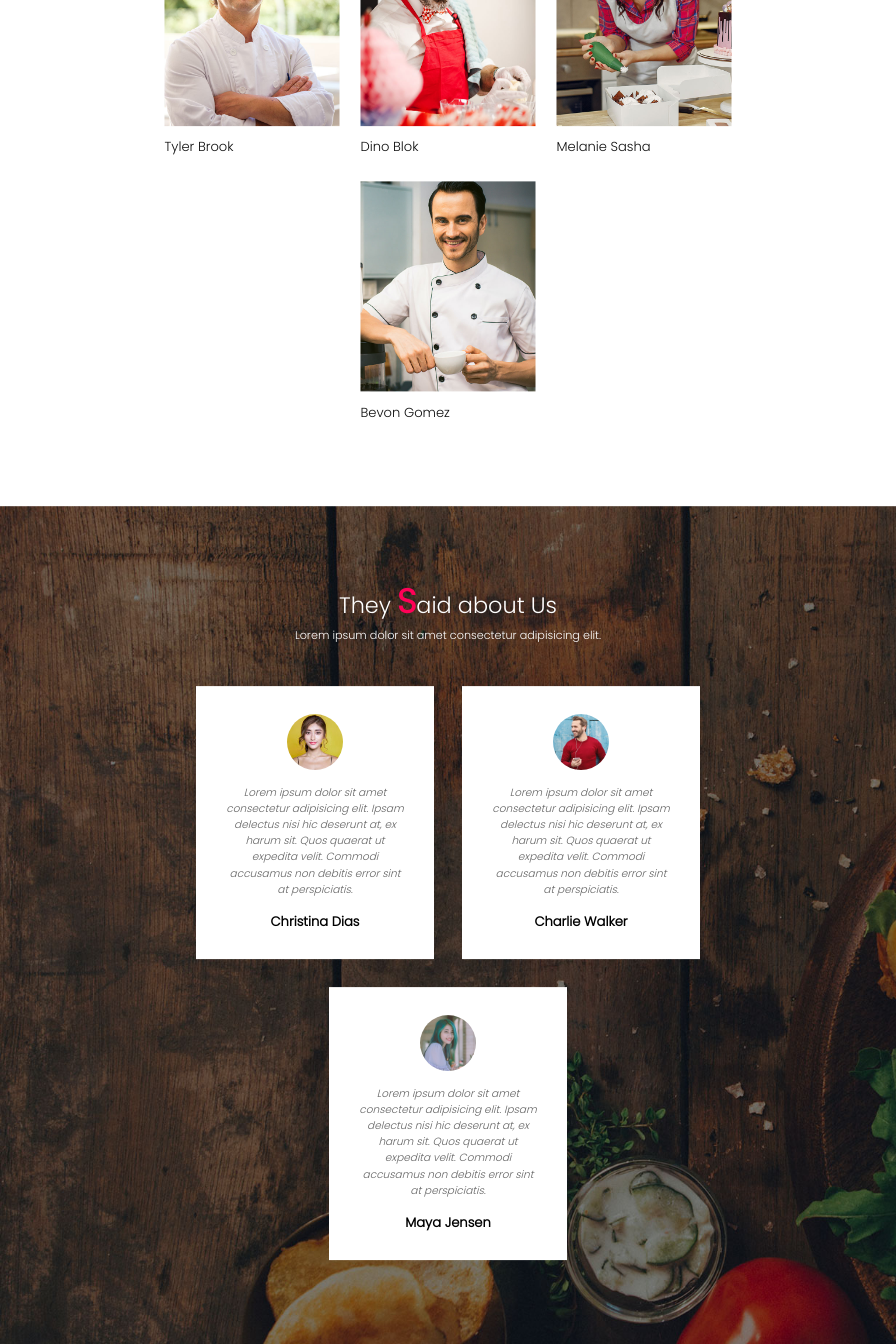
Repository: Adriandias1997/MobileFriendly_FoodWebsite
Page: index.html
An editor plug-in stored every save of this project. The page is shown before and after the next save, followed by the edit.
The browser window is 1280 px wide. The pictures show the part of the page from y = 3303 to 5223 px (the page is 5223 px tall before and 5215 px after), at 70% of full size.

Above is the page before, as saved 2020-10-16 17:47:43.

### index.html
<!DOCTYPE html>
<html lang="en">

<head>
    <meta charset="UTF-8">
    <meta name="viewport" content="width=device-width, initial-scale=1.0">
    <title>Food</title>
    <link rel="stylesheet" href="style.css">
</head>

<body>
    <header>
        <a href="#" class="logo">Food <span>Corner</span></a>
        <ul class="navigation">
            <li><a href="#banner">Home</a></li>
            <li><a href="#about">About Us</a></li>
            <li><a href="#menu">Menu</a></li>
            <li><a href="#expert">Expert</a></li>
            <li><a href="#testimonials">Testimonials</a></li>
            <li><a href="#contact">Contact</a></li>
        </ul>

    </header>
    <section class="banner" id="banner">
        <div class="content">
            <h2>Always choose Good</h2>
            <p>Lorem ipsum dolor sit amet consectetur adipisicing elit. Ipsam delectus nisi hic deserunt at, ex harum sit. Quos quaerat ut expedita velit. Commodi accusamus non debitis error sint at perspiciatis.</p>

            <a href="#" class="btn">Our Menu</a>
        </div>
    </section>

    <section class="about" id="about">
        <div class="row">
            <div class="col50">
                <h2 class="titleText"><span>A</span>bout Us</h2>
                <p>Lorem ipsum dolor sit amet consectetur adipisicing elit. Dolorum vero quam, at fuga facilis maiores consequatur! Quibusdam possimus debitis sed alias, provident fuga voluptatem, tempora eligendi aliquid quaerat laudantium repellat. Lorem
                    ipsum dolor sit amet consectetur adipisicing elit. Dolorum vero quam, at fuga facilis maiores consequatur! Quibusdam possimus debitis sed alias, provident fuga voluptatem, tempora eligendi aliquid quaerat laudantium repellat. Lorem
                    ipsum dolor sit amet consectetur adipisicing elit. Dolorum vero quam, at fuga facilis maiores consequatur! Quibusdam possimus debitis sed alias, provident fuga voluptatem, tempora eligendi aliquid quaerat laudantium repellat.
                </p>
            </div>
            <div class="col50">
                <div class="imgBx">
                    <img src="./Images/img1.jpg" alt="">
                </div>
            </div>
        </div>
    </section>

    <section class="menu" id="menu">
        <div class="title">
            <h2 class="titleText">Our <span>M</span>enu</h2>
            <p>Lorem ipsum dolor sit amet consectetur adipisicing elit.
            </p>
        </div>
        <div class="content">
            <div class="box">
                <div class="imgBx">
                    <img src="Images/menu1.jpg" alt="">
                </div>
                <div class="text">
                    <h3>Special Salads</h3>
                </div>
            </div>
            <div class="box">
                <div class="imgBx">
                    <img src="Images/menu2.jpg" alt="">
                </div>
                <div class="text">
                    <h3>Special Soups</h3>
                </div>
            </div>
            <div class="box">
                <div class="imgBx">
                    <img src="Images/menu3.jpg" alt="">
                </div>
                <div class="text">
                    <h3>Special Pasta</h3>
                </div>
            </div>
            <div class="box">
                <div class="imgBx">
                    <img src="Images/menu4.jpg" alt="">
                </div>
                <div class="text">
                    <h3>Special Salads</h3>
                </div>
            </div>
            <div class="box">
                <div class="imgBx">
                    <img src="Images/menu5.jpg" alt="">
                </div>
                <div class="text">
                    <h3>Special Soups</h3>
                </div>
            </div>
            <div class="box">
                <div class="imgBx">
                    <img src="Images/menu6.jpg" alt="">
                </div>
                <div class="text">
                    <h3>Special Salads</h3>
                </div>
            </div>
        </div>
        <div class="title">
            <a href="#" class="btn">
                View All
            </a>
        </div>
    </section>
    <section class="expert" id="expert">
        <div class="title">
            <h2 class="titleText">Our Kitchen <span>E</span>xpert</h2>
            <p>Lorem ipsum dolor sit amet consectetur adipisicing elit.
            </p>
        </div>
        <div class="content">
            <div class="box">
                <div class="imgBx">
                    <img src="Images/expert1.jpg" alt="">
                </div>
                <div class="text">
                    <h3>Tyler Brook</h3>
                </div>
            </div>
            <div class="box">
                <div class="imgBx">
                    <img src="Images/expert2.jpg" alt="">
                </div>
                <div class="text">
                    <h3>Dino Blok</h3>
                </div>
            </div>
            <div class="box">
                <div class="imgBx">
                    <img src="Images/expert3.jpg" alt="">
                </div>
                <div class="text">
                    <h3>Melanie Sasha</h3>
                </div>
            </div>
            <div class="box">
                <div class="imgBx">
                    <img src="Images/expert4.jpg" alt="">
                </div>
                <div class="text">
                    <h3>Bevon Gomez</h3>
                </div>
            </div>
        </div>
    </section>

    <section class="testimonials" id="testimonials">
        <div class="title white">
            <h2 class="titleText">They <span>S</span>aid about Us</h2>
            <p>Lorem ipsum dolor sit amet consectetur adipisicing elit.
            </p>
        </div>
        <div class="content">
            <div class="box">

                <div class="imgBx">
                    <img src="Images/testi1.jpg" alt="">
                </div>
                <div class="text">
                    <p>Lorem ipsum dolor sit amet consectetur adipisicing elit. Ipsam delectus nisi hic deserunt at, ex harum sit. Quos quaerat ut expedita velit. Commodi accusamus non debitis error sint at perspiciatis.
                    </p>
                    <h3>Christina Dias</h3>
                </div>
            </div>
            <div class="box">

                <div class="imgBx">
                    <img src="Images/testi2.jpg" alt="">
                </div>
                <div class="text">
                    <p>Lorem ipsum dolor sit amet consectetur adipisicing elit. Ipsam delectus nisi hic deserunt at, ex harum sit. Quos quaerat ut expedita velit. Commodi accusamus non debitis error sint at perspiciatis.
                    </p>
                    <h3>Charlie Walker</h3>
                </div>
            </div>
            <div class="box">

                <div class="imgBx">
                    <img src="Images/testi3.jpg" alt="">
                </div>
                <div class="text">
                    <p>Lorem ipsum dolor sit amet consectetur adipisicing elit. Ipsam delectus nisi hic deserunt at, ex harum sit. Quos quaerat ut expedita velit. Commodi accusamus non debitis error sint at perspiciatis.
                    </p>
                    <h3>Maya Jensen</h3>
                </div>
            </div>
        </div>
    </section>
    <script src="index.js"></script>
</body>

</html>

### style.css
        @import url("https://fonts.googleapis.com/css2?family=Poppins:wght@300&display=swap");
        * {
            margin: 0;
            padding: 0;
            box-sizing: border-box;
            font-family: "Poppins", sans-serif;
            scroll-behavior: smooth;
        }

        p {
            font-weight: 300;
            color: #111;
        }
        /* body {
    min-height: 1000px;
} */

        .banner {
            position: relative;
            width: 100%;
            min-height: 100vh;
            display: flex;
            justify-content: center;
            align-items: center;
            background: url(./Images/bg.jpg);
            background-size: cover;
        }

        .banner .content {
            max-width: 900px;
            text-align: center;
        }

        .banner .content h2 {
            font-size: 5em;
            color: #fff;
        }

        .banner .content p {
            font-size: 1em;
            color: #fff;
        }

        .btn {
            font-size: 1em;
            color: #fff;
            background: #ff0157;
            display: inline-block;
            padding: 10px 30px;
            text-transform: uppercase;
            text-decoration: none;
            letter-spacing: 2px;
            transition: 0.5s;
        }

        .btn:hover {
            background-color: #fff;
            color: #ff0157;
            letter-spacing: 6px;
        }

        header {
            position: fixed;
            top: 0;
            left: 0;
            width: 100%;
            padding: 40px 100px;
            z-index: 10000;
            display: flex;
            justify-content: space-between;
            align-items: center;
            transition: 0.5s;
        }

        header.sticky {
            background: #fff;
            padding: 10px 100px;
            box-shadow: 0 5px 20px rgba(0, 0, 0, 0.05);
        }

        header .logo {
            color: #fff;
            font-weight: 700;
            text-decoration: none;
            font-size: 2em;
        }

        header.sticky .logo {
            color: #111;
        }

        header .logo span {
            color: #ff0157;
        }

        header .navigation {
            position: relative;
            display: flex;
        }

        header .navigation li {
            list-style: none;
            margin-left: 30px;
        }

        header .navigation li a {
            text-decoration: none;
            color: #fff;
            font-weight: 300;
        }

        header.sticky .navigation li a {
            color: #111;
            font-weight: 300;
        }

        header .navigation li a:hover {
            color: #ff0157;
        }

        section {
            padding: 100px;
        }

        .row {
            position: relative;
            width: 100%;
            display: flex;
            justify-content: space-between;
        }

        .row .col50 {
            position: relative;
            width: 48%;
        }

        .titleText {
            color: #111;
            font-size: 2em;
            font-weight: 400;
        }

        .titleText span {
            color: #ff0157;
            font-size: 1.5em;
            font-weight: 700;
        }

        .row .col50 .imgBx {
            position: relative;
            width: 100%;
            height: 100%;
            /* min-height: 300px; */
        }

        .row .col50 .imgBx img {
            position: relative;
            top: 0;
            left: 0;
            width: 100%;
            height: 100%;
            object-fit: cover;
        }

        .title {
            width: 100%;
            display: flex;
            justify-content: center;
            align-items: center;
            flex-direction: column;
        }

        .menu .content {
            display: flex;
            justify-content: center;
            flex-direction: row-reverse;
            flex-wrap: wrap;
            margin-top: 40px;
        }

        .menu .content .box {
            width: 340px;
            margin: 20px;
            border: 15px solid #fff;
            box-shadow: 0 5px 20px rgba(0, 0, 0, 0.08);
        }

        .menu .content .box .imgBx {
            position: relative;
            width: 100%;
            height: 300px;
        }

        .menu .content .box .imgBx img {
            position: absolute;
            top: 0;
            left: 0;
            width: 100%;
            height: 100%;
            object-fit: cover;
        }

        .menu .content .box .text {
            padding: 15px 0 5px;
        }

        .menu .content .box .text h3 {
            font-weight: 400;
            color: #111;
        }

        .expert .content {
            display: flex;
            justify-content: center;
            align-items: center;
            flex-wrap: wrap;
            flex-direction: row;
            margin-top: 40px;
        }

        .expert .content .box {
            width: 250px;
            margin: 15px;
        }

        .expert .content .box .imgBx {
            position: relative;
            width: 100%;
            height: 300px;
        }

        .expert .content .box .imgBx img {
            position: absolute;
            top: 0;
            left: 0;
            width: 100%;
            height: 100%;
            object-fit: cover;
        }

        .expert .content .box .text {
            padding: 15px 0 5px;
        }

        .expert .content .box .text h3 {
            font-weight: 400;
            color: #111;
        }

        .testimonials {
            background: url(./Images/bg2.jpg);
            background-size: cover;
        }

        .white .titleText,
        .white p {
            color: #fff;
        }

        .testimonials .content {
            display: flex;
            justify-content: center;
            flex-wrap: wrap;
            flex-direction: row;
            margin-top: 40px;
        }

        .testimonials .content .box {
            width: 340px;
            margin: 20px;
            padding: 40px;
            background: #fff;
            display: flex;
            justify-content: center;
            align-items: center;
            flex-direction: column;
        }

        .testimonials .content .box .imgBx {
            position: relative;
            width: 80px;
            height: 80px;
            margin-bottom: 20px;
            border-radius: 50%;
            overflow: hidden;
        }

        .testimonials .content .box .imgBx img {
            position: absolute;
            top: 0;
            left: 0;
            width: 100%;
            height: 100%;
            object-fit: cover;
        }

        .testimonials .content .box .text {
            text-align: center;
        }

        .testimonials .content .box .text p {
            color: #666;
            font-style: italic;
            font-size: 15px;
        }

        .testimonials .content .box .text h3 {
            margin-top: 20px;
        }

### index.js
window.addEventListener('scroll', function() {
    const header = document.querySelector('header');
    header.classList.toggle('sticky', window.scrollY > 0);
});

After the next save:
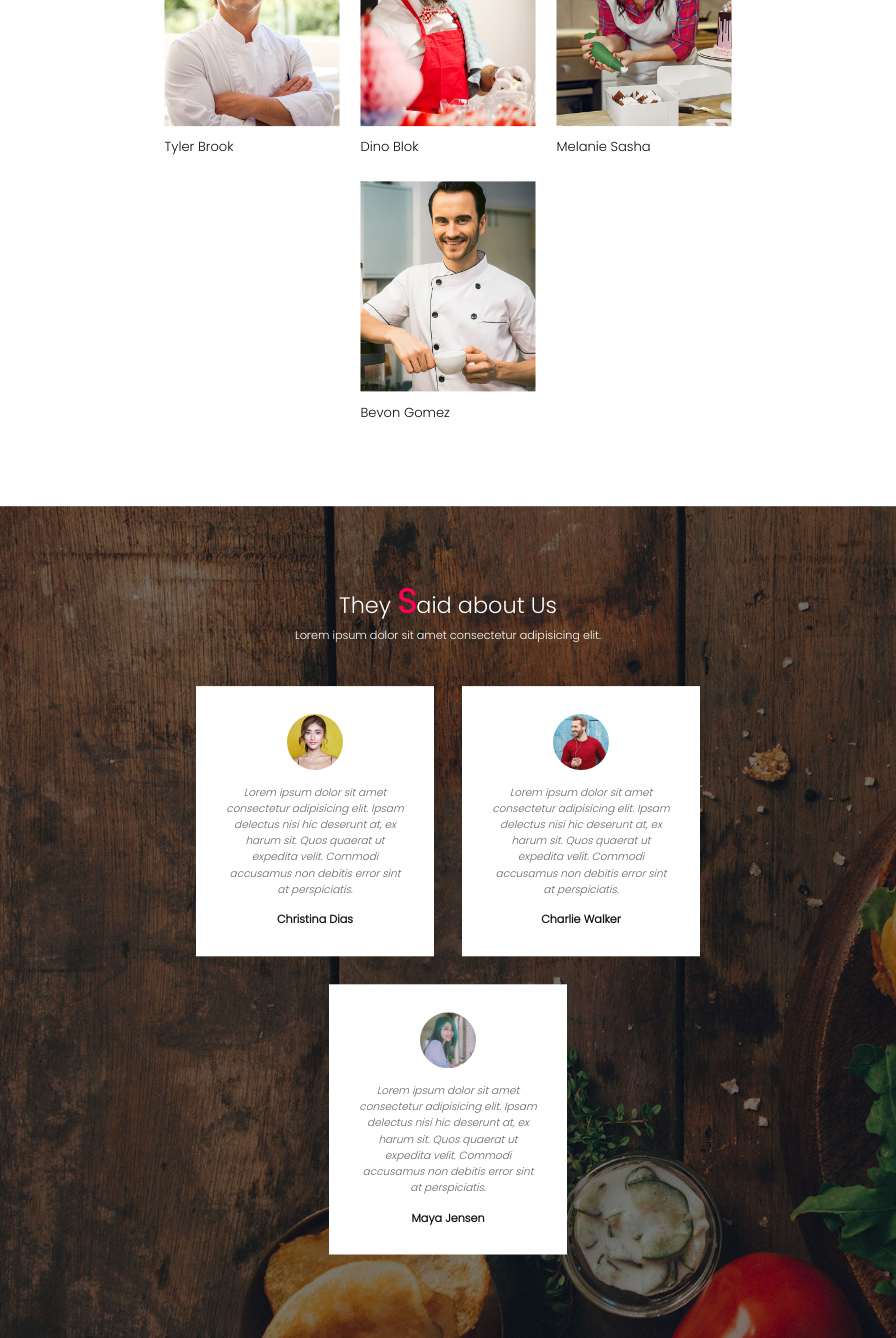
Saved 21 s later.
--- a/style.css
+++ b/style.css
@@ -306,4 +306,6 @@
 
         .testimonials .content .box .text h3 {
             margin-top: 20px;
-        }
+            color: #111;
+            font-size: 1em;
+        }
